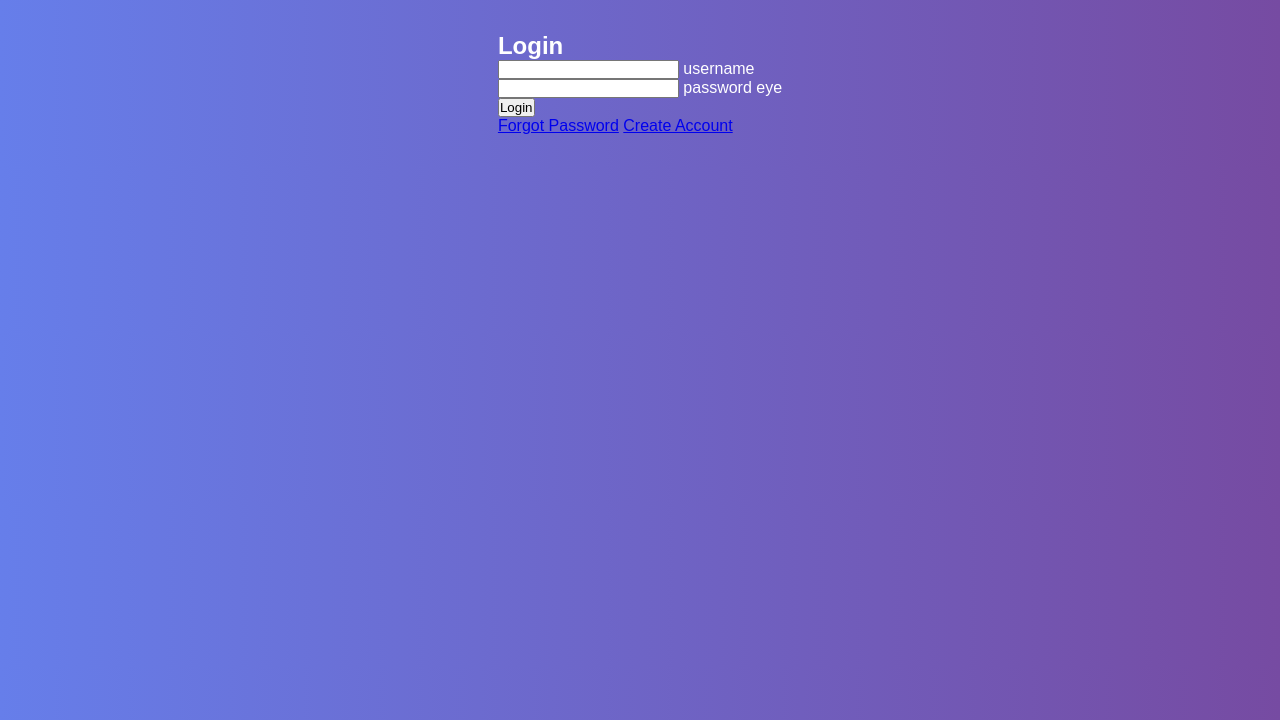
Repository: wingming07/Agro_mart
Page: login/login.html
These files come from the project's save history. The page is drawn as it stood at one moment and after the next save; the edit follows.
The browser window is 1280 px wide. The pictures show the whole page.

Above is the page before, as saved 2025-06-10 17:12:38.

### login/login.html
<!DOCTYPE html>
<html lang="en">
<head>
    <meta charset="UTF-8">
    <meta name="viewport" content="width=device-width, initial-scale=1.0">
    <title>AgroMart-login</title>
    <link rel="stylesheet" href="style.css">
</head>
<body>
    <div class="login-container">
        <form class="login-form" onsubmit="return validateLogin()">
            <h2>Login</h2>
                <div class="input-group">
                    <input type="text" id="username" required>
                    <label for="username">username</label>
                </div>
                <div class="input-group">
                    <input type="password" id="password" required>
                    <label for="password">password</label>
                <span class="toggle-password" onclick="togglepassword()">eye</span>
                </div>
                <button type="submit">Login</button>
                <div class+="extra-options">
                    <a href="#">Forgot Password</a>
                        <a href="#">Create Account</a>
                </div>
        </form>
    </div>
    <script src="script.js"></script>
</body>
</html>

### login/style.css
@import url('https://fonts.googleapis.com/css2? family=poppins:wght@400;600&display=swap');
*{
    margin:0;
    padding:0;
    box-sizing: border-box;
    font-family: sans-serif;
}
body{
    background: linear-gradient(to right, #667eea,#764ba2);
    height: 100%;
    display: flex;
    justify-content: center;
    align-items: center;
}
.login-container{
    color:white;
    padding: 2rem 3rem;
    border-radius: 15px;
    box-shadow: ;

}

Loaded but not shown: login/script.js (no copy from this time; the picture is the same without it)

After the next save:
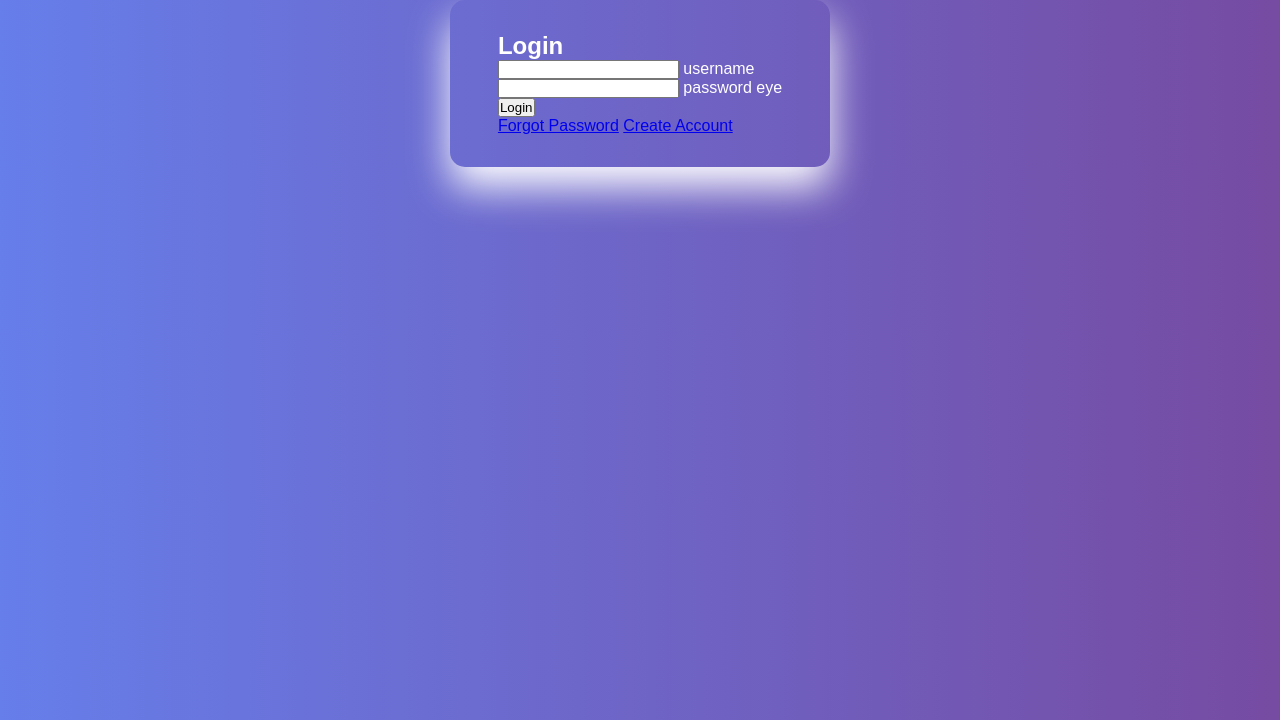
Saved 9 s later.
--- a/login/style.css
+++ b/login/style.css
@@ -16,6 +16,6 @@
     color:white;
     padding: 2rem 3rem;
     border-radius: 15px;
-    box-shadow: ;
+    box-shadow: 0 20px 40px;
 
 }

After the save that followed:
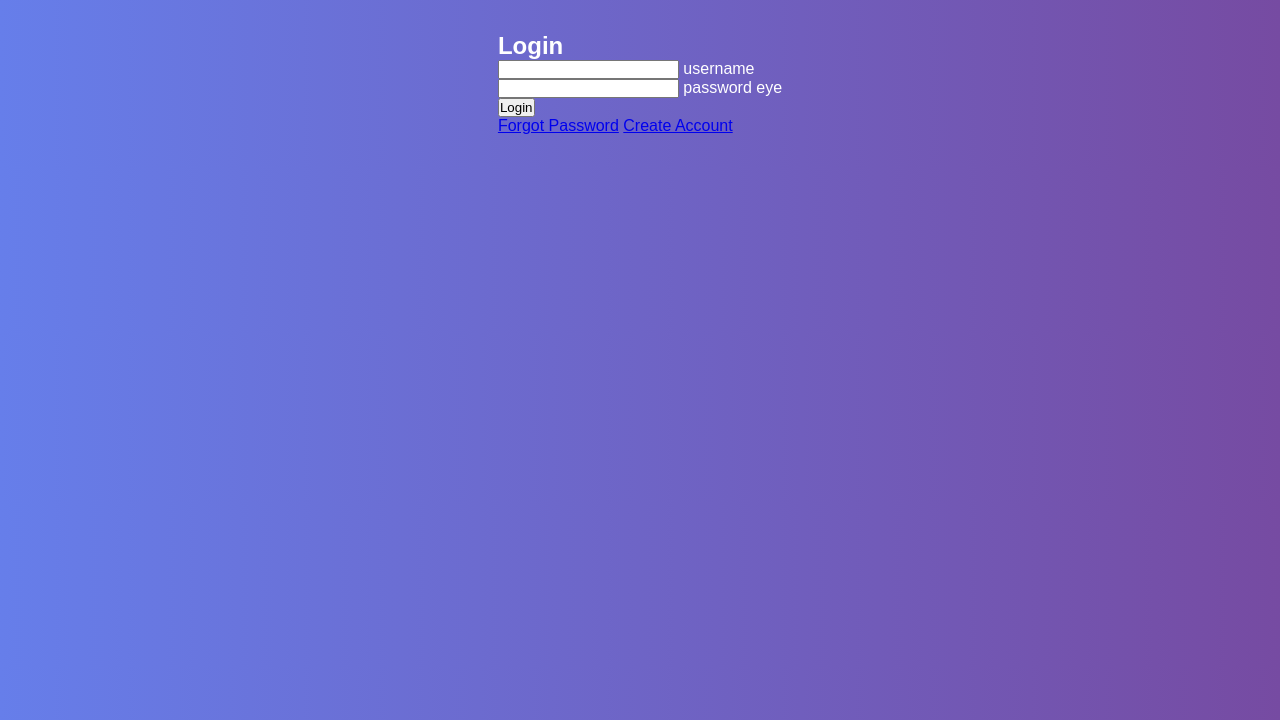
Saved 5 s later.
--- a/login/style.css
+++ b/login/style.css
@@ -16,6 +16,6 @@
     color:white;
     padding: 2rem 3rem;
     border-radius: 15px;
-    box-shadow: 0 20px 40px;
+    box-shadow: 0 20px 40px rgba();
 
 }
